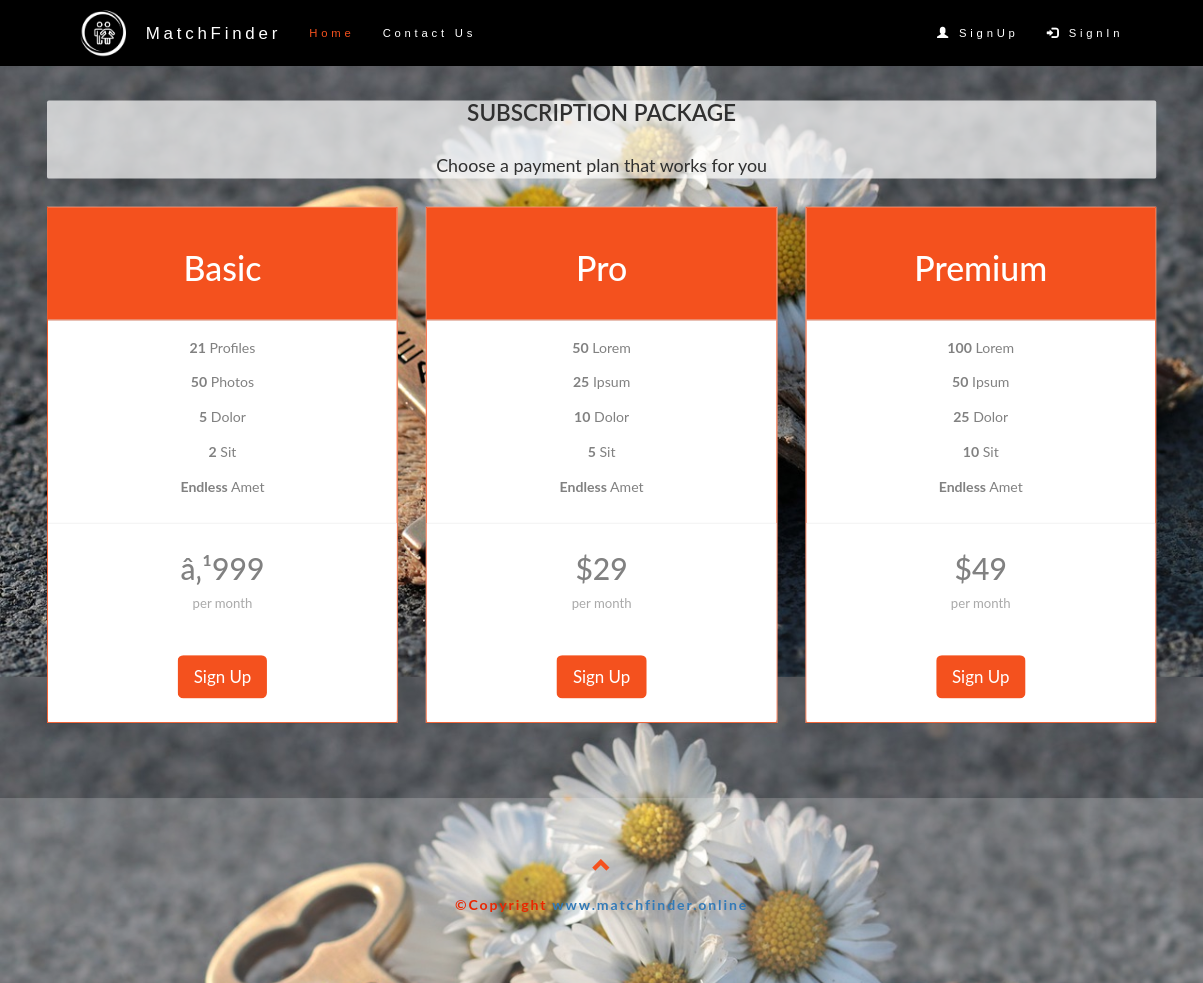
Repository: vibhu95/MatchFinder
Page: http://localhost/MatchFinder/package.jsp
These files come from the project's save history. The page is drawn as it stood at one moment and after the next save; the edit follows.
The browser window is 1280 px wide. The pictures show the whole page, at 94% of full size.
Backgrounds fixed to the window are drawn as part of the page. Some web libraries are served in a nearby version. The page is served by Tomcat 9. Other server files are loaded and not shown.

Above is the page before, as saved 2018-01-31 19:44:42.

### workspace/MatchFinder/WebContent/package.jsp
<%@ page language="java" contentType="text/html; charset=ISO-8859-1"
    pageEncoding="ISO-8859-1"%>
    <%@page import="javax.servlet.http.*" %>
<%@page import="com.classes.*" %>
<%@page import="com.controller.*" %>
<%@include file="header.jsp" %>

<!-- Container (Pricing Section) -->
<div id="pricing" class="container-fluid">
  <div style="background-color: rgba(255,255,255,0.7); border-radius:2px;" class="text-center">
    <h2>Subscription Package</h2>
    <h4>Choose a payment plan that works for you</h4>
  </div>
  <div class="row slideanim">
    <div class="col-sm-4 col-xs-12">
      <div class="panel panel-default text-center">
        <div class="panel-heading">
          <h1>Basic</h1>
        </div>
        <div class="panel-body">
          <p><strong>21</strong> Profiles</p>
          <p><strong>50</strong> Photos</p>
          <p><strong>5</strong> Dolor</p>
          <p><strong>2</strong> Sit</p>
          <p><strong>Endless</strong> Amet</p>
        </div>
        <div class="panel-footer">
          <h3>₹999</h3>
          <h4>per month</h4>
          <button class="btn btn-lg">Sign Up</button>
        </div>
      </div>
    </div>
    <div class="col-sm-4 col-xs-12">
      <div class="panel panel-default text-center">
        <div class="panel-heading">
          <h1>Pro</h1>
        </div>
        <div class="panel-body">
          <p><strong>50</strong> Lorem</p>
          <p><strong>25</strong> Ipsum</p>
          <p><strong>10</strong> Dolor</p>
          <p><strong>5</strong> Sit</p>
          <p><strong>Endless</strong> Amet</p>
        </div>
        <div class="panel-footer">
          <h3>$29</h3>
          <h4>per month</h4>
          <button class="btn btn-lg">Sign Up</button>
        </div>
      </div>
    </div>
    <div class="col-sm-4 col-xs-12">
      <div class="panel panel-default text-center">
        <div class="panel-heading">
          <h1>Premium</h1>
        </div>
        <div class="panel-body">
          <p><strong>100</strong> Lorem</p>
          <p><strong>50</strong> Ipsum</p>
          <p><strong>25</strong> Dolor</p>
          <p><strong>10</strong> Sit</p>
          <p><strong>Endless</strong> Amet</p>
        </div>
        <div class="panel-footer">
          <h3>$49</h3>
          <h4>per month</h4>
          <button class="btn btn-lg">Sign Up</button>
        </div>
      </div>
    </div>
  </div>
</div>

<%@include file="footer.jsp" %>

### workspace/MatchFinder/WebContent/header.jsp
<%@ page language="java" contentType="text/html; charset=ISO-8859-1"
    pageEncoding="ISO-8859-1"%>
<!DOCTYPE html PUBLIC "-//W3C//DTD HTML 4.01 Transitional//EN" "http://www.w3.org/TR/html4/loose.dtd">
<%@page import="com.classes.*" %>
<%@ page session = "false" %>
<% HttpSession session = request.getSession(false); %>

<!-- header -->
<html lang="en">
<head>
  <title>Match@Finder</title>
  <meta charset="utf-8">
  <meta name="viewport" content="width=device-width, initial-scale=1">
  <link rel="stylesheet" href="https://maxcdn.bootstrapcdn.com/bootstrap/3.3.7/css/bootstrap.min.css">
  <link rel="stylesheet" href="css/style.css">
  <script src="https://ajax.googleapis.com/ajax/libs/jquery/3.2.1/jquery.min.js"></script>
  <script src="https://maxcdn.bootstrapcdn.com/bootstrap/3.3.7/js/bootstrap.min.js"></script>

<style>
#about{
	color: rgb(0,0,0);
	font-size:22;
	font-weight:bold;
}
#copy{
	color:rgb(234,39,0);
	font-size: 32;
	font-weight: bold;
	letter-spacing: 2px;
}
body{
 background: url('pic/11__11.jpg') no-repeat fixed;
  background-size: 100% 100%;
}
footer, #about{
background-color: rgba(255,255,255,0.2);
}
  .container {
      padding: 10px 30px;
  }
  .carousel-inner img {
    //  -webkit-filter: grayscale(90%);
   //  filter: grayscale(90%); /* make all photos black and white */
      width: 100%; /* Set width to 100% */
     margin:auto;
  }
  .carousel-caption h3 {
      color: #fff !important;
  }
    @media (max-width: 600px) {
    .carousel-caption {
      display: none; /* Hide the carousel text when the screen is less than 600 pixels wide */
    }
  }
  #signal{
  	float: right;
  	margin-top: 100px;
  }
  #upload_dp {
    display: none;
    width: 0;
    height: 0;
}
   #dp1:hover {
    opacity: 0.5;
    filter: alpha(opacity=50); /* For IE8 and earlier */
    cursor: pointer;
}

  </style>
  <script>
$(document).ready(function(){
    $("#dp1").click(function(){
        $('#upload_dp').click();
    })
});
</script>

</head>
<body id="myPage" data-spy="scroll" data-target=".navbar" data-offset="60">
<nav class="navbar navbar-inner navbar-fixed-top">
  <div class="container">
    <div class="navbar-header">
    <a href="index.jsp"><img src="pic/logos.png" alt="logo" style="float: left; margin-right: 20px " height="50px" width="50px"></a>
      <a class="navbar-brand" href="index.jsp">MatchFinder</a>
    </div>
    <ul class="nav navbar-nav">
       <li class="active"><a href="index.jsp">Home</a></li>
  <!--    <li class="dropdown"><a class="dropdown-toggle" data-toggle="dropdown" href="#">Page 1 <span class="caret"></span></a>
        <ul class="dropdown-menu">
          <li><a href="#">Page 1-1</a></li>
          <li><a href="#">Page 1-2</a></li>
          <li><a href="#">Page 1-3</a></li>
        </ul>
      </li>   -->
     <%
      if(session!=null)
      { %>
      <li><a href="agent.jsp">Agents</a></li>
      <% } %>
      <li><a href="contact.jsp">Contact Us</a></li>
      </ul>
    <ul class="nav navbar-nav navbar-right">
<script>
function upload(){
	 document.getElementById('upload').submit();
	  }

</script>
      <%
      if(session!=null)
      {
    	  if(session.getAttribute("user")!=null)
    	  {
    	    UserBean user = (UserBean)session.getAttribute("user");
    	    if(user!=null)
    	    {   %>
        <form action="UploadImage" method="post" id="upload" enctype="multipart/form-data">
        <input id="upload_dp" type="file" name="dp" size="chars" onchange="document.getElementById('upload').submit();">
           </form>
      <li style="font-size:20px; margin-top:10px;">
      <%      if(user.getDp()!=null)
               { int id = user.getId(); %>
      <img id="dp1" src="getImage.jsp?id=<%=id %>" class="img-circle" alt="getDp" style="margin-top:5px; margin-right:10px;" width="40px" hieght="40px"></img></li><li><a style="text-decoration:none;" href="profile.jsp?id=<%=user.getId() %>"><%=user.getName() %></a></li>
      <%         }
              else{ %>
    	<img id="dp1" src="pic/businessman_17.png" class="img-circle" alt="DefaultDp" style="margin-top:5px; margin-right:10px;" width="40px" hieght="40px"></img><a style="text-decoration:none;" href="profile.jsp?id=<%=user.getId() %>"><%=user.getName() %></a></li>
      <%         }
             }
      %>
      <li><a href="SignOut"><span class="glyphicon glyphicon-log-in"></span> SignOut</a></li>
      <%  }
      else {%>
    		<li><a href="login/login.jsp"><span class="glyphicon glyphicon-user"></span> SignUp</a></li>
    	      <li><a href="login/login.jsp"><span class="glyphicon glyphicon-log-in"></span> SignIn</a></li>
  <%  } }
    else { %>
    	<li><a href="login/login.jsp"><span class="glyphicon glyphicon-user"></span> SignUp</a></li>
      <li><a href="login/login.jsp"><span class="glyphicon glyphicon-log-in"></span> SignIn</a></li>
      <% } %>
       </ul>
  </div>
</nav>

<!-- Header Closed -->>

### workspace/MatchFinder/WebContent/footer.jsp
<%@ page language="java" contentType="text/html; charset=ISO-8859-1"
    pageEncoding="ISO-8859-1"%>
<!DOCTYPE html PUBLIC "-//W3C//DTD HTML 4.01 Transitional//EN" "http://www.w3.org/TR/html4/loose.dtd">

<!-- Footer Start -->

<footer class="container-fluid text-center">
  <a href="#myPage" title="To Top">
    <span class="glyphicon glyphicon-chevron-up"></span>
  </a>
  <p id="copy">&copyCopyright  <a href="https://www.matchfinder.online" title="Visit MatchFinder">www.matchfinder.online</a></p>
</footer>

<script>
$(document).ready(function(){
  // Add smooth scrolling to all links in navbar + footer link
  $(".navbar a, footer a[href='#myPage']").on('click', function(event) {
    // Make sure this.hash has a value before overriding default behavior
    if (this.hash !== "") {
      // Prevent default anchor click behavior
      event.preventDefault();

      // Store hash
      var hash = this.hash;

      // Using jQuery's animate() method to add smooth page scroll
      // The optional number (900) specifies the number of milliseconds it takes to scroll to the specified area
      $('html, body').animate({
        scrollTop: $(hash).offset().top
      }, 900, function(){

        // Add hash (#) to URL when done scrolling (default click behavior)
        window.location.hash = hash;
      });
    } // End if
  });

  $(window).scroll(function() {
    $(".slideanim").each(function(){
      var pos = $(this).offset().top;

      var winTop = $(window).scrollTop();
        if (pos < winTop + 600) {
          $(this).addClass("slide");
        }
    });
  });
})
</script>

</body>
</html>
<!-- Footer End -->

### workspace/MatchFinder/WebContent/css/style.css
body {
      font: 400 15px Lato, sans-serif;
      line-height: 1.8;
      color: #818181;
  }
  h2 {
      font-size: 24px;
      text-transform: uppercase;
      color: #303030;
      font-weight: 600;
      margin-bottom: 30px;
  }
  h4 {
      font-size: 19px;
      line-height: 1.375em;
      color: #303030;
      font-weight: 400;
      margin-bottom: 30px;
  }
  .jumbotron {
      background-color: #f4511e;
      color: #fff;
      padding: 100px 25px;
      font-family: Montserrat, sans-serif;
  }
  .container-fluid {
      padding: 60px 50px;
  }
  .bg-grey {
      background-color: #f6f6f6;
  }
  .logo-small {
      color: #f4511e;
      font-size: 50px;
  }
  .logo {
      color: #f4511e;
      font-size: 200px;
  }
  .thumbnail {
      padding: 0 0 15px 0;
      border: none;
      border-radius: 0;
  }
  .thumbnail img {
      width: 100%;
      height: 100%;
      margin-bottom: 10px;
  }
  .carousel-control.right, .carousel-control.left {
      background-image: none;
      color: #f4511e;
  }
  .carousel-indicators li {
      border-color: #f4511e;
  }
  .carousel-indicators li.active {
      background-color: #f4511e;
  }
  .item h4 {
      font-size: 19px;
      line-height: 1.375em;
      font-weight: 400;
      font-style: italic;
      margin: 70px 0;
  }
  .item span {
      font-style: normal;
  }
  .panel {
      border: 1px solid #f4511e;
      border-radius:0 !important;
      transition: box-shadow 0.5s;
  }
  .panel:hover {
      box-shadow: 5px 0px 40px rgba(0,0,0, .2);
  }
  .panel-footer .btn:hover {
      border: 1px solid #f4511e;
      background-color: #fff !important;
      color: #f4511e;
  }
  .panel-heading {
      color: #fff !important;
      background-color: #f4511e !important;
      padding: 25px;
      border-bottom: 1px solid transparent;
      border-top-left-radius: 0px;
      border-top-right-radius: 0px;
      border-bottom-left-radius: 0px;
      border-bottom-right-radius: 0px;
  }
  .panel-footer {
      background-color: white !important;
  }
  .panel-footer h3 {
      font-size: 32px;
  }
  .panel-footer h4 {
      color: #aaa;
      font-size: 14px;
  }
  .panel-footer .btn {
      margin: 15px 0;
      background-color: #f4511e;
      color: #fff;
  }
  .navbar {
      margin-bottom: 0;
    //  height: 19%;
    //  background-color: #f4511e;
      background-color: #000;
      z-index: 9999;
      border: 0;
      font-size: 12px !important;
      line-height: 1.42857143 !important;
      letter-spacing: 4px;
      border-radius: 0;
      font-family: Montserrat, sans-serif;
  }
  .navbar li a, .navbar .navbar-brand {
      color: #fff !important;
  }
  .navbar-nav li a:hover, .navbar-nav li.active a {
      color: #f4511e !important;
     // background-color: #fff !important;
  }
  .dropdown-menu {

      background-color: #000 !important;
  }
  .navbar-default .navbar-toggle {
      border-color: transparent;
      color: #fff !important;
  }
  footer .glyphicon {
      font-size: 20px;
      margin-bottom: 20px;
      color: #f4511e;
  }
  .slideanim {visibility:hidden;}
  .slide {
      animation-name: slide;
      -webkit-animation-name: slide;
      animation-duration: 1s;
      -webkit-animation-duration: 1s;
      visibility: visible;
  }
  @keyframes slide {
    0% {
      opacity: 0;
      transform: translateY(70%);
    }
    100% {
      opacity: 1;
      transform: translateY(0%);
    }
  }
  @-webkit-keyframes slide {
    0% {
      opacity: 0;
      -webkit-transform: translateY(70%);
    }
    100% {
      opacity: 1;
      -webkit-transform: translateY(0%);
    }
  }
  @media screen and (max-width: 768px) {
    .col-sm-4 {
      text-align: center;
      margin: 25px 0;
    }
    .btn-lg {
        width: 100%;
        margin-bottom: 35px;
    }
  }
  @media screen and (max-width: 480px) {
    .logo {
        font-size: 150px;
    }
  }

After the next save:
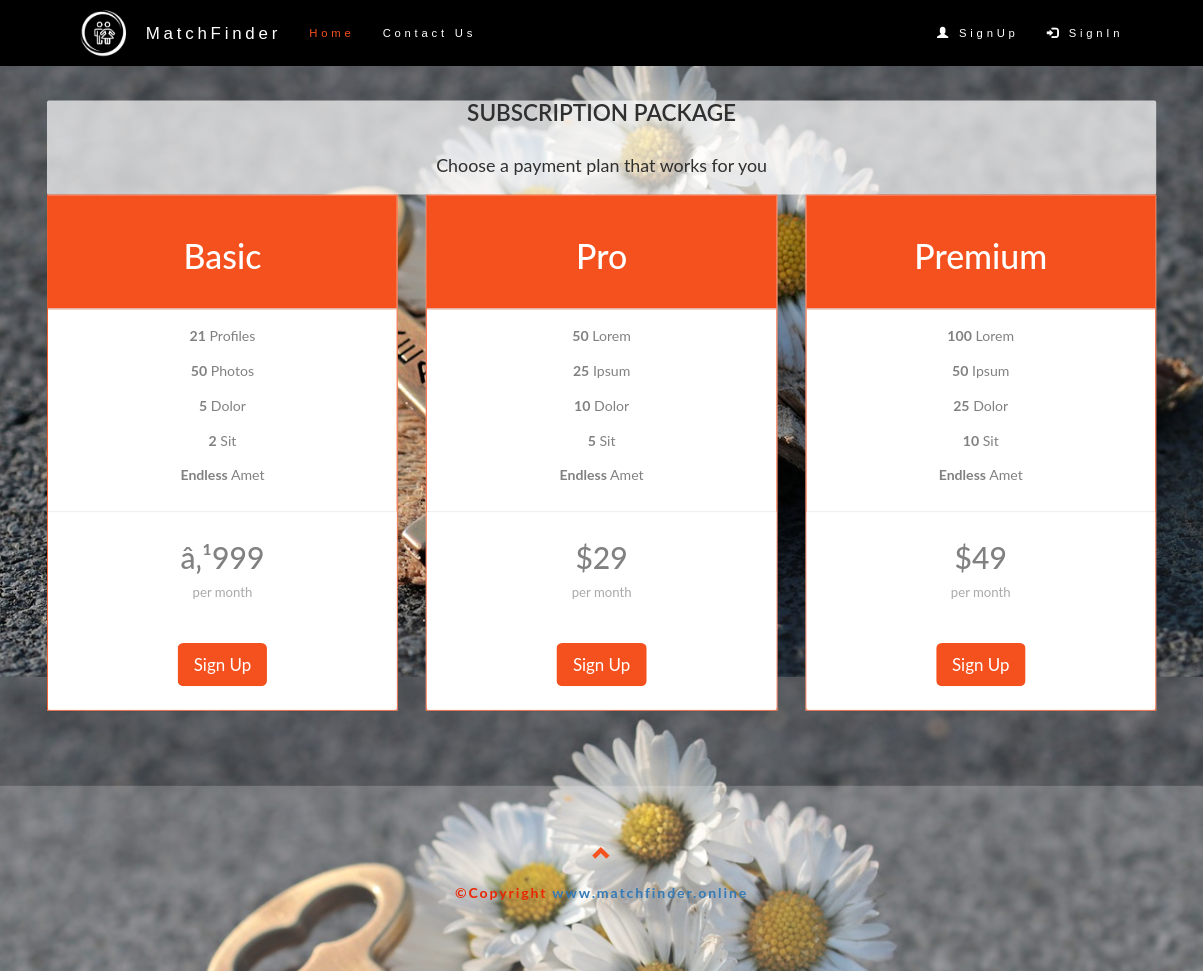
Saved 34 s later.
--- a/workspace/MatchFinder/WebContent/package.jsp
+++ b/workspace/MatchFinder/WebContent/package.jsp
@@ -7,7 +7,7 @@
 
 <!-- Container (Pricing Section) -->
 <div id="pricing" class="container-fluid">
-  <div style="background-color: rgba(255,255,255,0.7); border-radius:2px;" class="text-center">
+  <div style="background-color: rgba(255,255,255,0.7); border-radius:2px; height:100px" class="text-center">
     <h2>Subscription Package</h2>
     <h4>Choose a payment plan that works for you</h4>
   </div>
